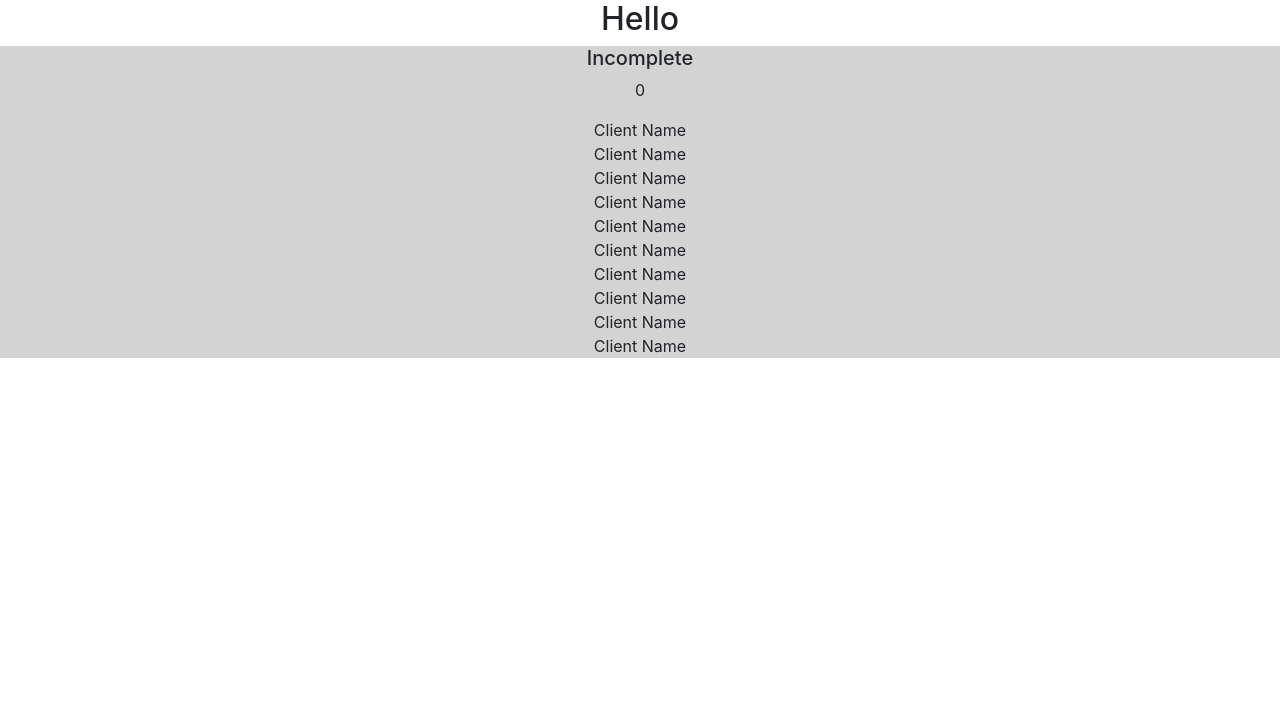
Repository: Sharif-00112/dashboard-task-frontend
Page: /
An editor plug-in stored every save of this project. The page is shown before and after the next save, followed by the edit.
The browser window is 1280 px wide. The pictures show the whole page.
The project was rebuilt for these pictures with package versions that can differ from the ones it lists, and the page was loaded fresh each time.

Above is the page before, as saved 2023-01-27 23:28:23.

After the next save:
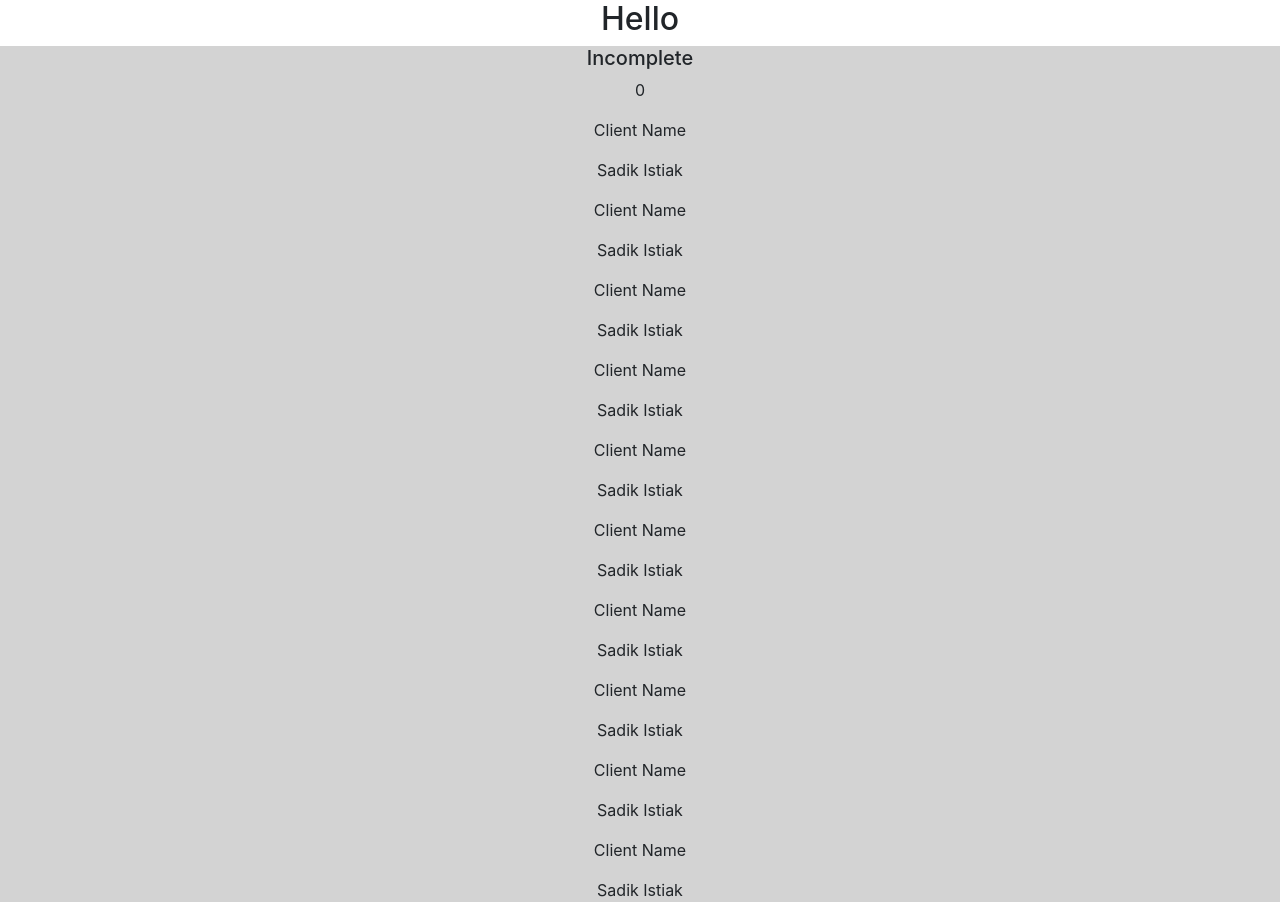
Saved 5 min 20 s later.
--- a/src/Components/Task.js
+++ b/src/Components/Task.js
@@ -1,10 +1,19 @@
 import React from 'react';
 
 const Task = (props) => {
-    const {clientName} = props.task;
+    const {clientName, clientImg, supervisorName, supervisorImg, taskSummary, progress, staff1Img, staff2Img, modules, message, attachment, date} = props.task;
     return (
         <div>
-            {clientName}
+            <div className="">
+                <p>{clientName}</p>
+                <p>{supervisorName}</p>
+            </div>
+            <div className="">
+
+            </div>
+            <div className="">
+
+            </div>
         </div>
     );
 };
